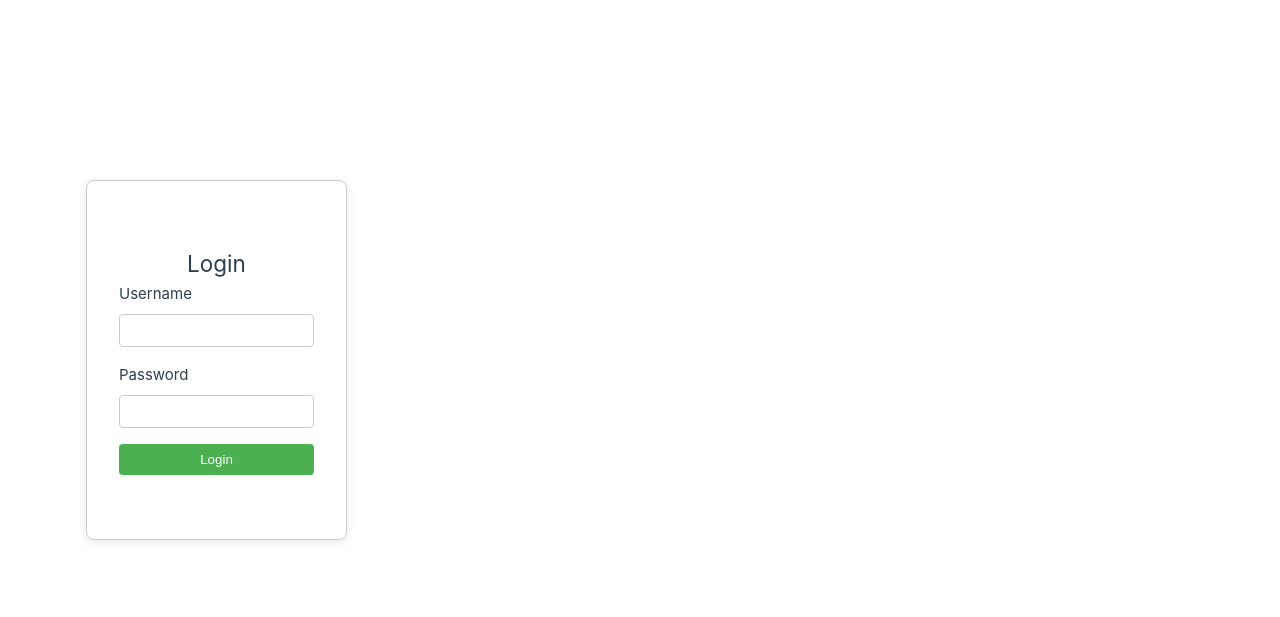
Repository: GilangRamadan11/LATIHANVUEDAA
Page: /
These files come from the project's save history. The page is drawn as it stood at one moment and after the next save; the edit follows.
The browser window is 1280 px wide. The pictures show the whole page.
The project was rebuilt for these pictures with package versions that can differ from the ones it lists, and the page was loaded fresh each time. Also part of the build but not shown: vite.config.js.

Above is the page before, as saved 2024-11-22 20:48:17.

After the next save:
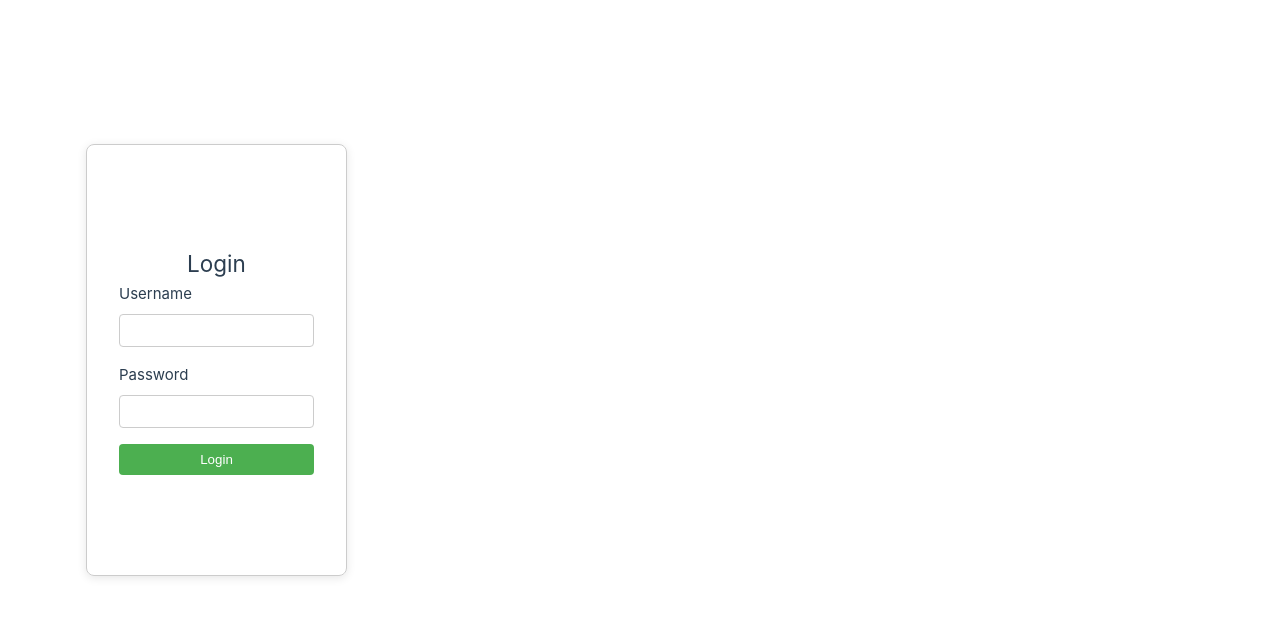
Saved 35 min 52 s later.
--- a/src/components/LoginForm..vue
+++ b/src/components/LoginForm..vue
@@ -38,7 +38,7 @@
   flex-direction: column;
   justify-content: center;
   align-items: center;
-  height: 50vh;
+  height: 60vh;
   max-width: 400px;
   margin: auto;
   padding: 2rem;

After the save that followed:
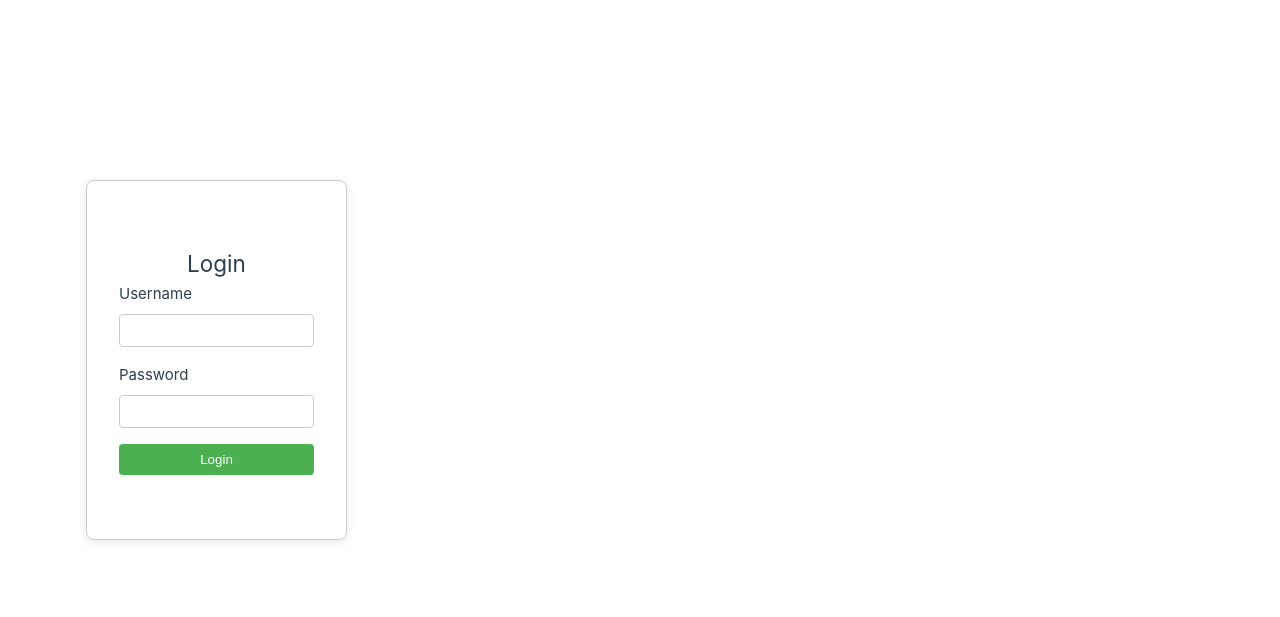
Saved 8 s later.
--- a/src/components/LoginForm..vue
+++ b/src/components/LoginForm..vue
@@ -38,7 +38,7 @@
   flex-direction: column;
   justify-content: center;
   align-items: center;
-  height: 60vh;
+  height: 50vh;
   max-width: 400px;
   margin: auto;
   padding: 2rem;
